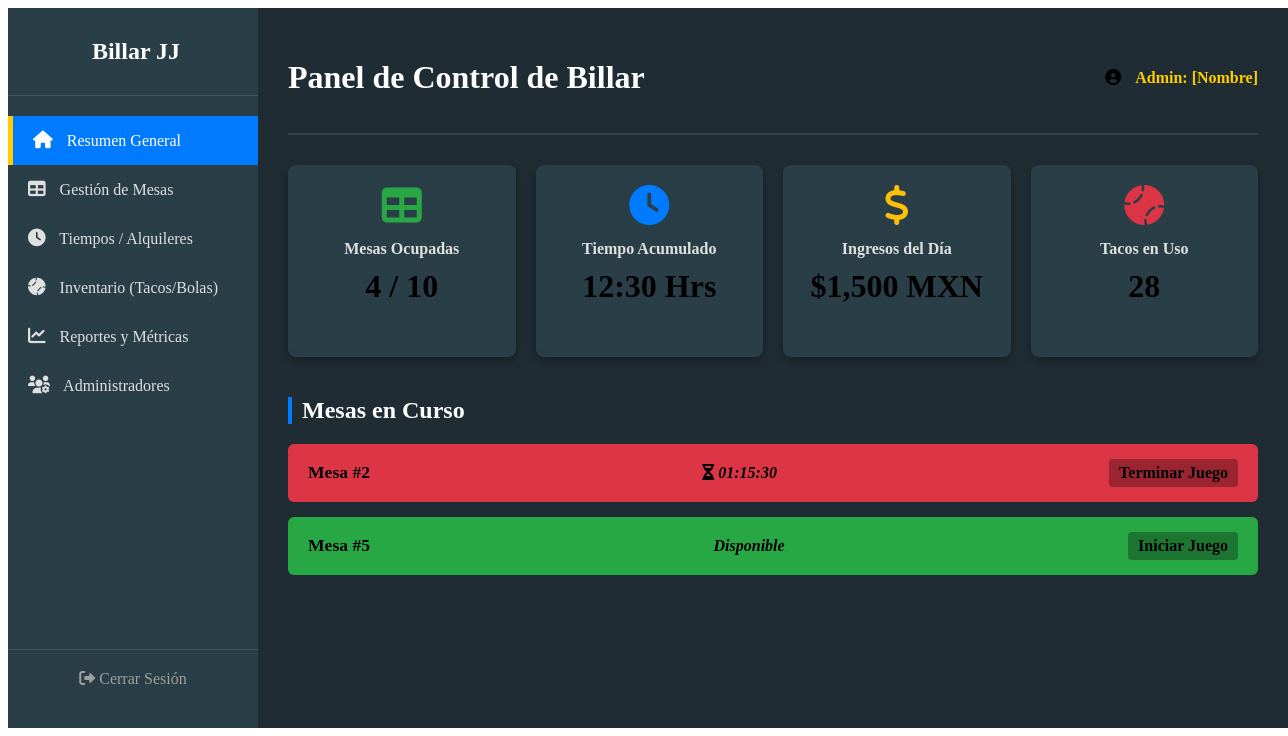
Repository: julianvargas55/ProyectoFormativoBilliarJJ
Page: http://localhost/administrador/Billar
These files come from the project's save history. The page is drawn as it stood at one moment and after the next save; the edit follows.
The browser window is 1280 px wide. The page is 1288 px wide, so the pictures cover 1288 px, including what lies to the right of the window. The pictures show the whole page.
The page is this project's Thymeleaf template; nobody is signed in. The template is opened directly, without the code that normally fills it, so the values that code supplies are empty.

Above is the page before, as saved 2025-10-10 19:11:42.

### test/src/main/resources/templates/administrador/Billar.html
<!DOCTYPE html>
<html lang="es">
<head>
    <meta charset="UTF-8">
    <meta name="viewport" content="width=device-width, initial-scale=1.0">
    <title>Dashboard | Billar JJ - Administración</title>
    <link rel="stylesheet" href="/assets/css/Billar.css">
    <link rel="stylesheet" href="https://cdnjs.cloudflare.com/ajax/libs/font-awesome/6.0.0-beta3/css/all.min.css">
</head>
<body>
    <div class="main-dashboard-container">

        <aside class="sidebar-menu">
            <div class="logo-sidebar">
                <i class="fas fa-billiard"></i> Billar JJ
            </div>
            <nav>
                <ul>
                    <li class="active"><a href="#"><i class="fas fa-home"></i> Resumen General</a></li>
                    <li><a href="#"><i class="fas fa-table"></i> Gestión de Mesas</a></li>
                    <li><a href="#"><i class="fas fa-clock"></i> Tiempos / Alquileres</a></li>
                    <li><a href="#"><i class="fas fa-baseball-ball"></i> Inventario (Tacos/Bolas)</a></li>
                    <li><a href="#"><i class="fas fa-chart-line"></i> Reportes y Métricas</a></li>
                    <li><a href="#"><i class="fas fa-users-cog"></i> Administradores</a></li>
                </ul>
            </nav>
            <div class="sidebar-footer">
                <a href="#"><i class="fas fa-sign-out-alt"></i> Cerrar Sesión</a>
            </div>
        </aside>

        <main class="dashboard-content">

            <header class="dashboard-header">
                <h1>Panel de Control de Billar</h1>
                <div class="user-info">
                    <i class="fas fa-user-circle"></i>
                    <span>Admin: [Nombre]</span>
                </div>
            </header>

            <section class="metrics-grid">
                <div class="metric-card">
                    <i class="fas fa-table card-icon green"></i>
                    <h2>Mesas Ocupadas</h2>
                    <p class="value">4 / 10</p>
                </div>
                <div class="metric-card">
                    <i class="fas fa-clock card-icon blue"></i>
                    <h2>Tiempo Acumulado</h2>
                    <p class="value">12:30 Hrs</p>
                </div>
                <div class="metric-card">
                    <i class="fas fa-dollar-sign card-icon yellow"></i>
                    <h2>Ingresos del Día</h2>
                    <p class="value">$1,500 MXN</p>
                </div>
                <div class="metric-card">
                    <i class="fas fa-baseball-ball card-icon red"></i>
                    <h2>Tacos en Uso</h2>
                    <p class="value">28</p>
                </div>
            </section>

            <section class="live-tables">
                <h2>Mesas en Curso</h2>

                <div class="table-list">
                    <div class="table-item occupied">
                        <span class="table-number">Mesa #2</span>
                        <span class="time-elapsed"><i class="fas fa-hourglass-half"></i> 01:15:30</span>
                        <span class="action-btn">Terminar Juego</span>
                    </div>

                    <div class="table-item available">
                        <span class="table-number">Mesa #5</span>
                        <span class="time-elapsed">Disponible</span>
                        <span class="action-btn">Iniciar Juego</span>
                    </div>
                </div>
            </section>

        </main>
    </div>
</body>
</html>

### test/src/main/resources/static/assets/css/Billar.css
/* --- Estilos Generales del Dashboard --- */
.main-dashboard-container {
    display: flex;
    width: 100vw;
    height: 100vh;
    overflow: hidden; /* Asegura que el scroll sea solo en el contenido */
    background-color: #1a2228;
    border-radius: 0; /* No necesitamos bordes redondeados en la vista principal */
    box-shadow: none;
    max-width: none;
}

/* --- Sidebar (Menú Lateral) --- */
.sidebar-menu {
    flex: 0 0 250px; /* Ancho fijo */
    background-color: #2a3e47; /* Mismo color del panel izquierdo de login */
    padding: 20px 0;
    display: flex;
    flex-direction: column;
    color: white;
}

.logo-sidebar {
    font-size: 1.5em;
    font-weight: bold;
    text-align: center;
    padding: 10px 0 30px 0;
    border-bottom: 1px solid rgba(255, 255, 255, 0.1);
}

.sidebar-menu nav ul {
    list-style: none;
    padding: 0;
    margin: 20px 0;
}

.sidebar-menu nav ul li a {
    display: block;
    padding: 15px 20px;
    color: #e0e0e0;
    text-decoration: none;
    transition: background-color 0.3s, color 0.3s;
}

.sidebar-menu nav ul li a i {
    margin-right: 10px;
    font-size: 1.1em;
}

.sidebar-menu nav ul li.active a {
    background-color: #007bff; /* Azul de acento para la selección */
    color: white;
    border-left: 5px solid #ffcc00; /* Detalle amarillo para resaltar */
}

.sidebar-menu nav ul li a:hover {
    background-color: #344c57;
    color: white;
}

.sidebar-footer {
    margin-top: auto;
    padding: 20px;
    border-top: 1px solid rgba(255, 255, 255, 0.1);
}

.sidebar-footer a {
    display: block;
    color: #a0a0a0;
    text-decoration: none;
    text-align: center;
    transition: color 0.3s;
}

.sidebar-footer a:hover {
    color: #007bff;
}

/* --- Contenido Principal --- */
.dashboard-content {
    flex-grow: 1;
    padding: 30px;
    overflow-y: auto; /* Permite el scroll si hay mucho contenido */
    background-color: #202c33;
}

.dashboard-header {
    display: flex;
    justify-content: space-between;
    align-items: center;
    margin-bottom: 30px;
    border-bottom: 2px solid rgba(255, 255, 255, 0.1);
    padding-bottom: 15px;
}

.dashboard-header h1 {
    font-size: 2em;
    color: white;
}

.user-info span {
    margin-left: 10px;
    font-weight: bold;
    color: #ffcc00; /* Color de acento */
}

/* --- Grid de Métricas (Tarjetas) --- */
.metrics-grid {
    display: grid;
    grid-template-columns: repeat(auto-fit, minmax(200px, 1fr));
    gap: 20px;
    margin-bottom: 40px;
}

.metric-card {
    background-color: #2a3e47; /* Fondo de tarjeta oscuro */
    padding: 20px;
    border-radius: 8px;
    box-shadow: 0 4px 10px rgba(0, 0, 0, 0.3);
    text-align: center;
}

.card-icon {
    font-size: 2.5em;
    margin-bottom: 10px;
}

.card-icon.green { color: #28a745; }
.card-icon.blue { color: #007bff; }
.card-icon.yellow { color: #ffc107; }
.card-icon.red { color: #dc3545; }

.metric-card h2 {
    font-size: 1em;
    color: #e0e0e0;
    margin: 5px 0;
}

.metric-card .value {
    font-size: 2em;
    font-weight: bold;
    margin-top: 10px;
}

/* --- Sección de Mesas en Vivo --- */
.live-tables h2 {
    margin-bottom: 20px;
    color: white;
    border-left: 4px solid #007bff;
    padding-left: 10px;
}

.table-list {
    display: flex;
    flex-direction: column;
    gap: 15px;
}

.table-item {
    display: flex;
    justify-content: space-between;
    align-items: center;
    padding: 15px 20px;
    border-radius: 6px;
    font-weight: bold;
    transition: transform 0.2s;
}

.table-item:hover {
    transform: translateY(-2px);
    box-shadow: 0 4px 8px rgba(0, 0, 0, 0.4);
}

.table-item.occupied {
    background-color: #dc3545; /* Rojo para ocupado */
}

.table-item.available {
    background-color: #28a745; /* Verde para disponible */
}

.table-number {
    font-size: 1.1em;
}

.time-elapsed {
    font-style: italic;
}

.action-btn {
    cursor: pointer;
    background-color: rgba(0, 0, 0, 0.3);
    padding: 5px 10px;
    border-radius: 4px;
    transition: background-color 0.2s;
}

.table-item.occupied .action-btn:hover {
    background-color: #a52a2a;
}

.table-item.available .action-btn:hover {
    background-color: #1e7e34;
}

/* Ajustes responsivos */
@media (max-width: 768px) {
    .main-dashboard-container {
        flex-direction: column;
        height: auto;
    }

    .sidebar-menu {
        flex: none;
        width: 100%;
        padding: 0;
    }

    .logo-sidebar {
        padding: 15px;
        border-bottom: none;
    }

    .sidebar-menu nav ul {
        display: flex;
        overflow-x: auto; /* Permite deslizar el menú en horizontal */
        border-bottom: 1px solid rgba(255, 255, 255, 0.1);
        margin: 0;
    }

    .sidebar-menu nav ul li {
        flex-shrink: 0; /* Evita que los elementos se encojan */
    }

    .sidebar-footer {
        display: none; /* Ocultar el footer en móvil para ahorrar espacio */
    }

    .dashboard-header {
        flex-direction: column;
        align-items: flex-start;
    }

    .dashboard-header h1 {
        margin-bottom: 10px;
    }

    .dashboard-content {
        padding: 20px;
    }

    .table-item {
        flex-direction: column;
        align-items: flex-start;
        gap: 10px;
    }
}

After the next save:
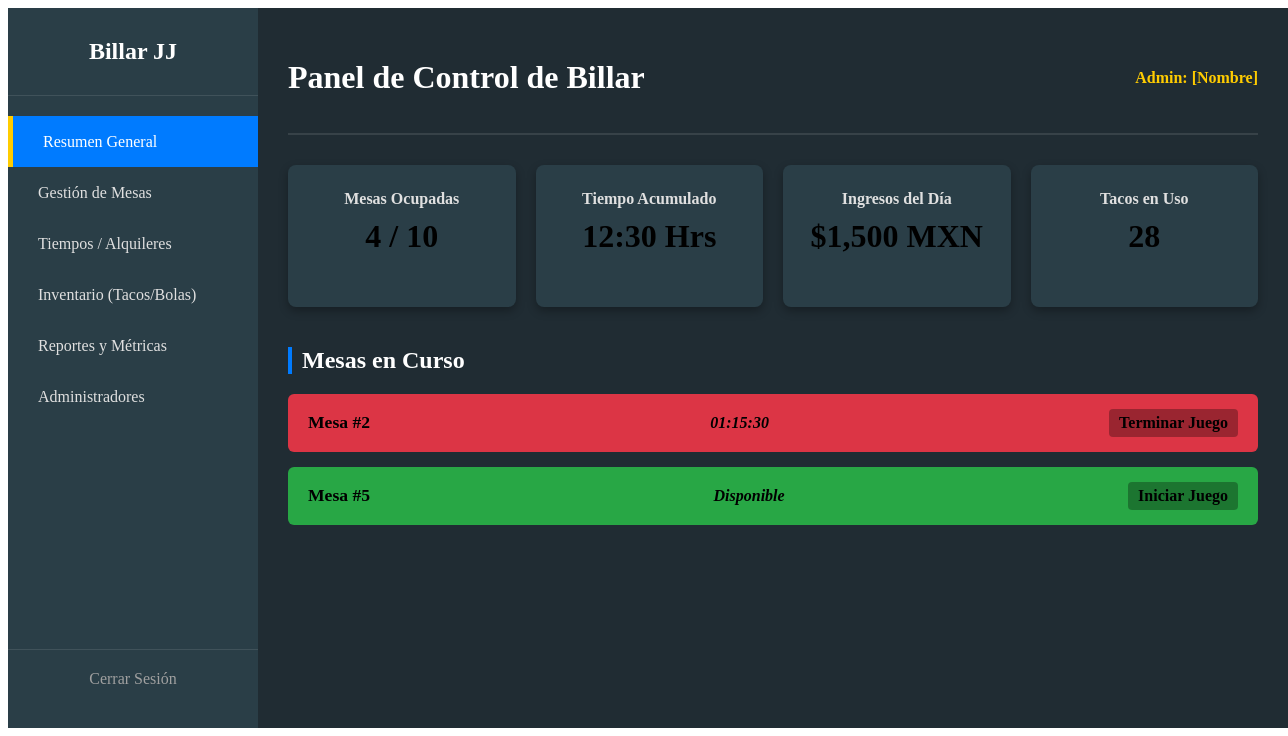
Saved 39 min 38 s later.
--- a/test/src/main/resources/templates/administrador/Billar.html
+++ b/test/src/main/resources/templates/administrador/Billar.html
@@ -4,8 +4,8 @@
     <meta charset="UTF-8">
     <meta name="viewport" content="width=device-width, initial-scale=1.0">
     <title>Dashboard | Billar JJ - Administración</title>
-    <link rel="stylesheet" href="/assets/css/Billar.css">
-    <link rel="stylesheet" href="https://cdnjs.cloudflare.com/ajax/libs/font-awesome/6.0.0-beta3/css/all.min.css">
+    <link rel="stylesheet" th:href="@{/assets/css/Billar.css}">
+
 </head>
 <body>
     <div class="main-dashboard-container">
@@ -16,16 +16,16 @@
             </div>
             <nav>
                 <ul>
-                    <li class="active"><a href="#"><i class="fas fa-home"></i> Resumen General</a></li>
-                    <li><a href="#"><i class="fas fa-table"></i> Gestión de Mesas</a></li>
-                    <li><a href="#"><i class="fas fa-clock"></i> Tiempos / Alquileres</a></li>
-                    <li><a href="#"><i class="fas fa-baseball-ball"></i> Inventario (Tacos/Bolas)</a></li>
-                    <li><a href="#"><i class="fas fa-chart-line"></i> Reportes y Métricas</a></li>
-                    <li><a href="#"><i class="fas fa-users-cog"></i> Administradores</a></li>
+                    <li class="active"><a th:href="@{#}"><i class="fas fa-home"></i> Resumen General</a></li>
+                    <li><a th:href="@{#}"><i class="fas fa-table"></i> Gestión de Mesas</a></li>
+                    <li><a th:href="@{#}"><i class="fas fa-clock"></i> Tiempos / Alquileres</a></li>
+                    <li><a th:href="@{#}"><i class="fas fa-baseball-ball"></i> Inventario (Tacos/Bolas)</a></li>
+                    <li><a th:href="@{#}"><i class="fas fa-chart-line"></i> Reportes y Métricas</a></li>
+                    <li><a th:href="@{#}"><i class="fas fa-users-cog"></i> Administradores</a></li>
                 </ul>
             </nav>
             <div class="sidebar-footer">
-                <a href="#"><i class="fas fa-sign-out-alt"></i> Cerrar Sesión</a>
+                <a th:href="@{/=#}"><i class="fas fa-sign-out-alt"></i> Cerrar Sesión</a>
             </div>
         </aside>
 
